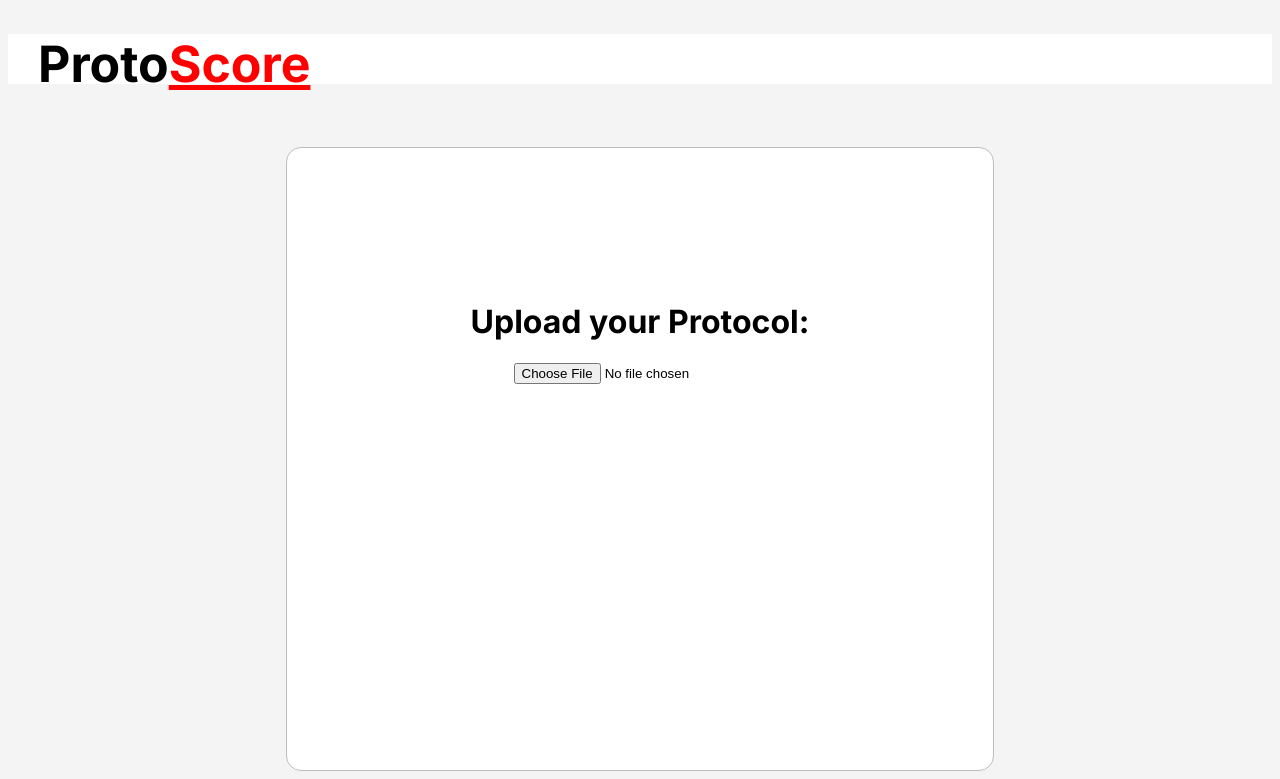
Repository: evanc108/Regeneron2024
Page: / (app in regeneron/)
These files come from the project's save history. The page is drawn as it stood at one moment and after the next save; the edit follows.
The browser window is 1280 px wide. The pictures show the whole page.
The project was rebuilt for these pictures with package versions that can differ from the ones it lists, and the page was loaded fresh each time.

Above is the page before, as saved 2024-05-14 01:40:12.

After the next save:
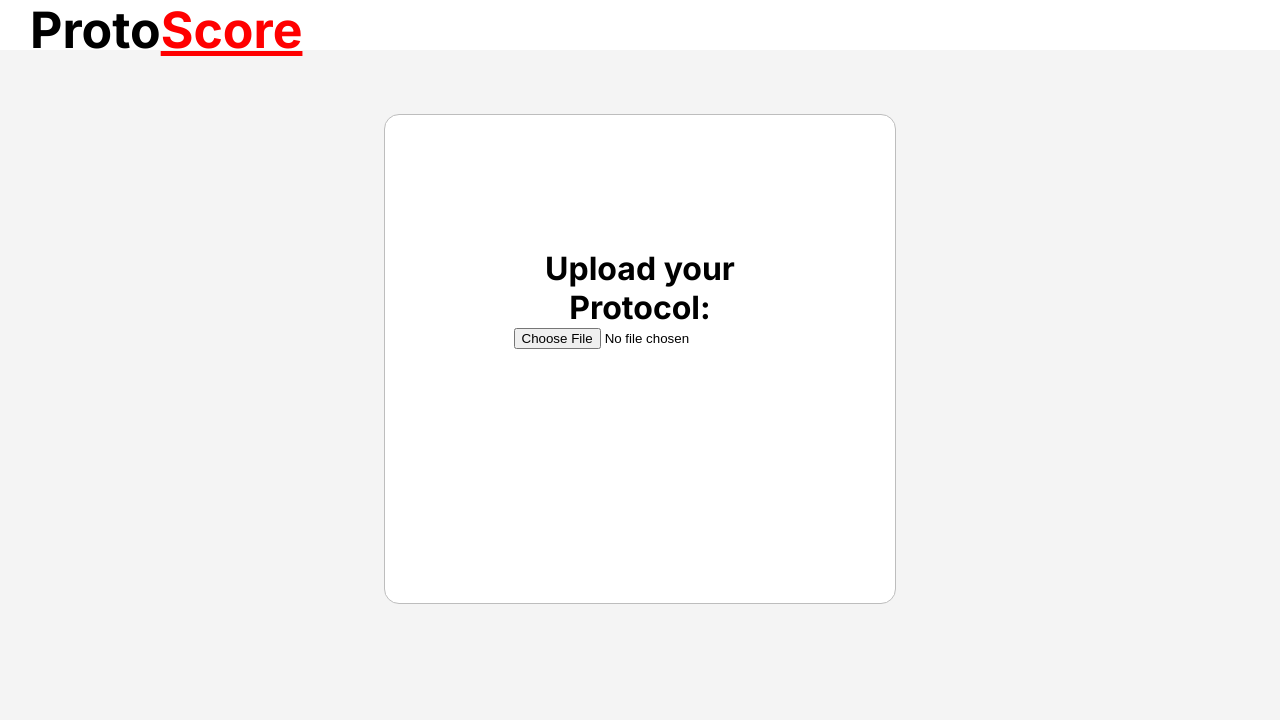
Saved 57 s later.
--- a/regeneron/src/App.css
+++ b/regeneron/src/App.css
@@ -40,3 +40,47 @@ body {
     transform: rotate(360deg);
   }
 }
+
+
+* {
+  padding: 0;
+  margin: 0;
+  box-sizing: border-box;
+}
+
+ul {
+  list-style: none;
+}
+
+a {
+  text-decoration: none;
+  color: black;
+  font-size: 18px;
+}
+
+/* navbar */
+.navbar {
+  background-color: aliceblue;
+  padding: 10px 20px;
+  display: flex;
+  justify-content: space-between;
+  align-items: center;
+  gap: 40px;
+  min-height: 70px;
+}
+
+
+/* logo  */
+.logo {
+  font-size: 30px;
+  font-family: Arial, Helvetica, sans-serif;
+}
+
+
+/* ul  */
+.navMenu {
+  display: flex;
+  justify-content: space-between;
+  align-items: center;
+  gap: 60px;
+}
